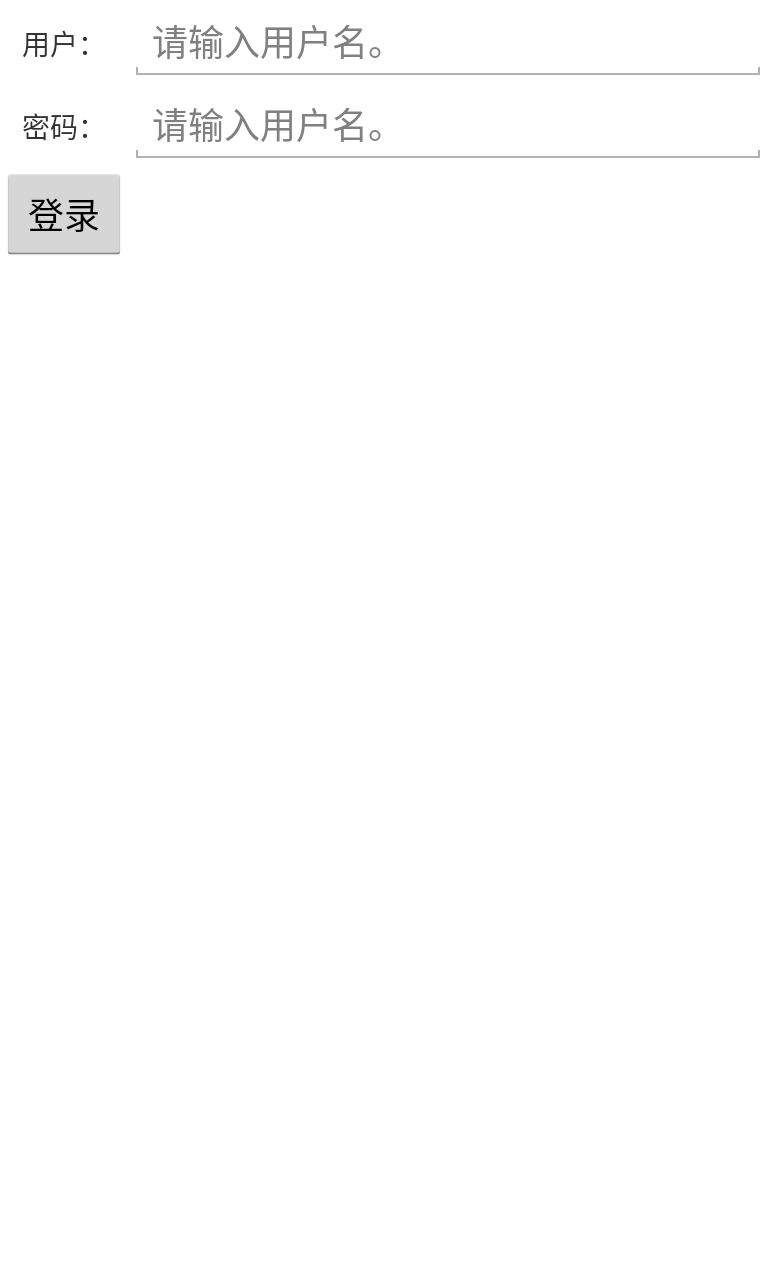
Repository: jinpp/Android
Layout: UILayoutTest/res/layout/talblelayout.xml
An editor plug-in stored every save of this project. The layout is shown before and after a run of saves, followed by the edit.
It is drawn on a 768 x 1280 px phone screen (xhdpi) without system bars, with theme AppTheme; the app's code is not run.

Above is the layout before, as saved 2016-11-17 01:12:08.

After the next 2 saves:
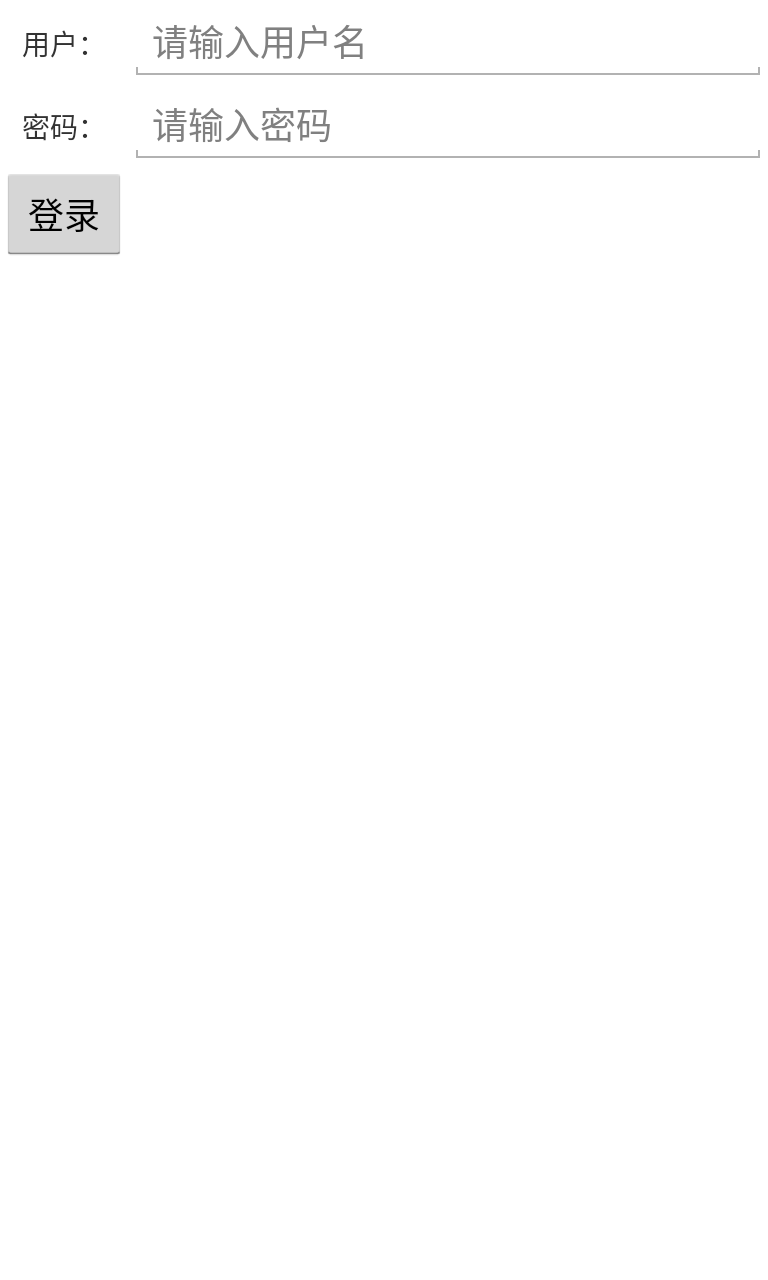
The 2 saves are shown as one change because they came seconds apart.
The last was saved 13 s later.
--- a/UILayoutTest/res/layout/talblelayout.xml
+++ b/UILayoutTest/res/layout/talblelayout.xml
@@ -17,7 +17,7 @@
             android:layout_width="0dp"
             android:layout_height="wrap_content"
             android:layout_weight="1"
-            android:hint="请输入用户名。" />
+            android:hint="请输入用户名" />
     </TableRow>
  <TableRow>
 
@@ -33,7 +33,7 @@
             android:layout_width="0dp"
             android:layout_height="wrap_content"
             android:layout_weight="1"
-            android:hint="请输入用户名。" />
+            android:hint="请输入密码" />
     </TableRow>
     <TableRow>
 
